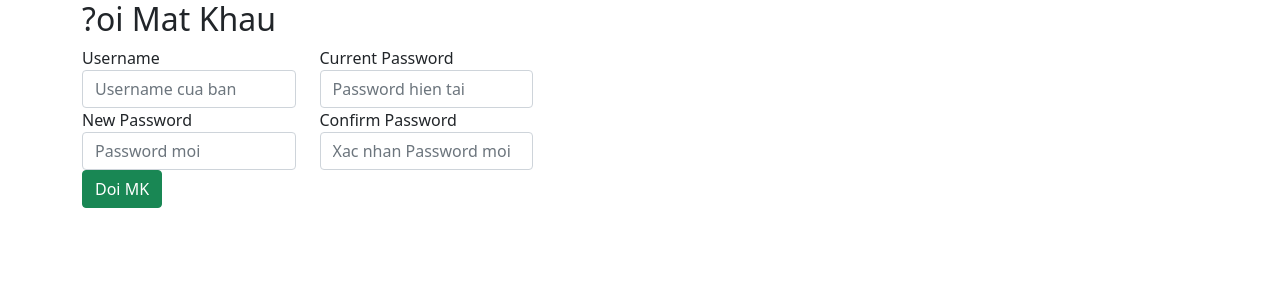
Repository: kiennd3921/AssJava4
Page: http://localhost/Assignment/view/auth/DoiMatKhau.jsp
An editor plug-in stored every save of this project. The page is shown before and after the next save, followed by the edit.
The browser window is 1280 px wide. The pictures show the whole page.
The page is served by Tomcat 9. Other server files are loaded and not shown.

Above is the page before, as saved 2021-04-15 15:20:06.

### PT15307-UD/Assignment/WebContent/view/auth/DoiMatKhau.jsp
<%@ page language="java" contentType="text/html; charset=ISO-8859-1"
	pageEncoding="UTF-8"%>
<!DOCTYPE html>
<html>
<head>
<meta charset="UTF-8">
<meta name="viewport" content="width = device-width, initial-scale=1.0">
<title>Insert title here</title>
<%@ taglib uri="http://java.sun.com/jstl/core_rt" prefix="c"%>
<link rel="stylesheet" type="text/css">
<link
	href="https://cdn.jsdelivr.net/npm/bootstrap@5.0.0-beta2/dist/css/bootstrap.min.css"
	rel="stylesheet"
	integrity="sha384-BmbxuPwQa2lc/FVzBcNJ7UAyJxM6wuqIj61tLrc4wSX0szH/Ev+nYRRuWlolflfl"
	crossorigin="anonymous">

</head>
<body>
	<div class="container">
		<div class="row">
			<div class="col-md-5">
				<form>
					<h2>Đoi Mat Khau</h2>
					<div class="row">
						<div class="col">
							<label>Username</label> <input type="text" class="form-control"
								placeholder="Username cua ban" required name="">
						</div>
						<div class="col">
							<label>Current Password</label> <input type="password"
								class="form-control" placeholder="Password hien tai" required
								name="">
						</div>
					</div>
					<div class="row">
						<div class="col">
							<label>New Password</label> <input type="password"
								class="form-control" placeholder="Password moi" required
								name="">
						</div>
						<div class="col">
							<label>Confirm Password</label> <input type="password"
								class="form-control" placeholder="Xac nhan Password moi" required
								name="">
						</div>
					</div>
					<div class="form-group">
						<button class="btn btn-success" type="submit">Doi MK</button>
					</div>
				</form>
			</div>
		</div>
	</div>
</body>
</html>

After the next save:
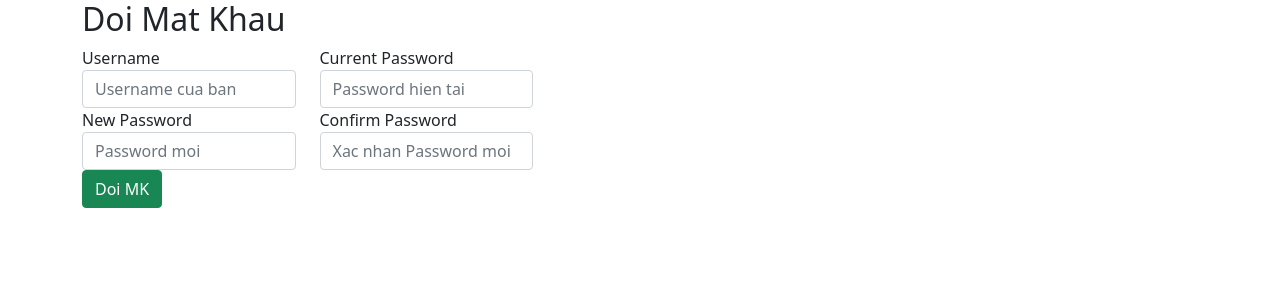
Saved 15 s later.
--- a/PT15307-UD/Assignment/WebContent/view/auth/DoiMatKhau.jsp
+++ b/PT15307-UD/Assignment/WebContent/view/auth/DoiMatKhau.jsp
@@ -20,7 +20,7 @@
 		<div class="row">
 			<div class="col-md-5">
 				<form>
-					<h2>Đoi Mat Khau</h2>
+					<h2>Doi Mat Khau</h2>
 					<div class="row">
 						<div class="col">
 							<label>Username</label> <input type="text" class="form-control"
